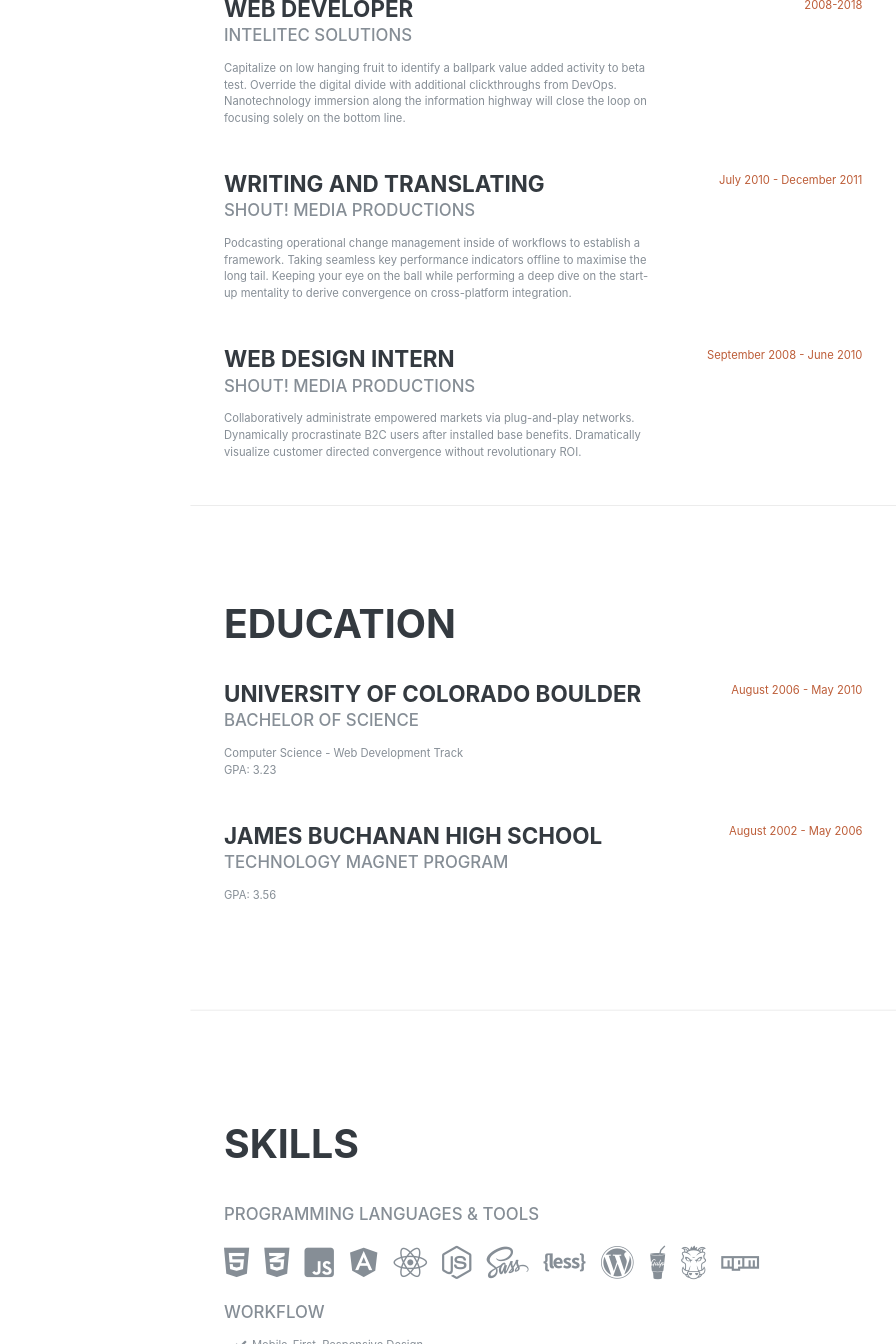
Repository: AlonGur/resume
Page: index.html
These files come from the project's save history. The page is drawn as it stood at one moment and after the next save; the edit follows.
The browser window is 1280 px wide. The pictures show the part of the page from y = 1069 to 2989 px (the page is 4674 px tall before and 4712 px after), at 70% of full size.
Some web fonts or font styles are not loaded; a fallback is used.

Above is the page before, as saved 2019-06-07 15:44:23.

After the next save:
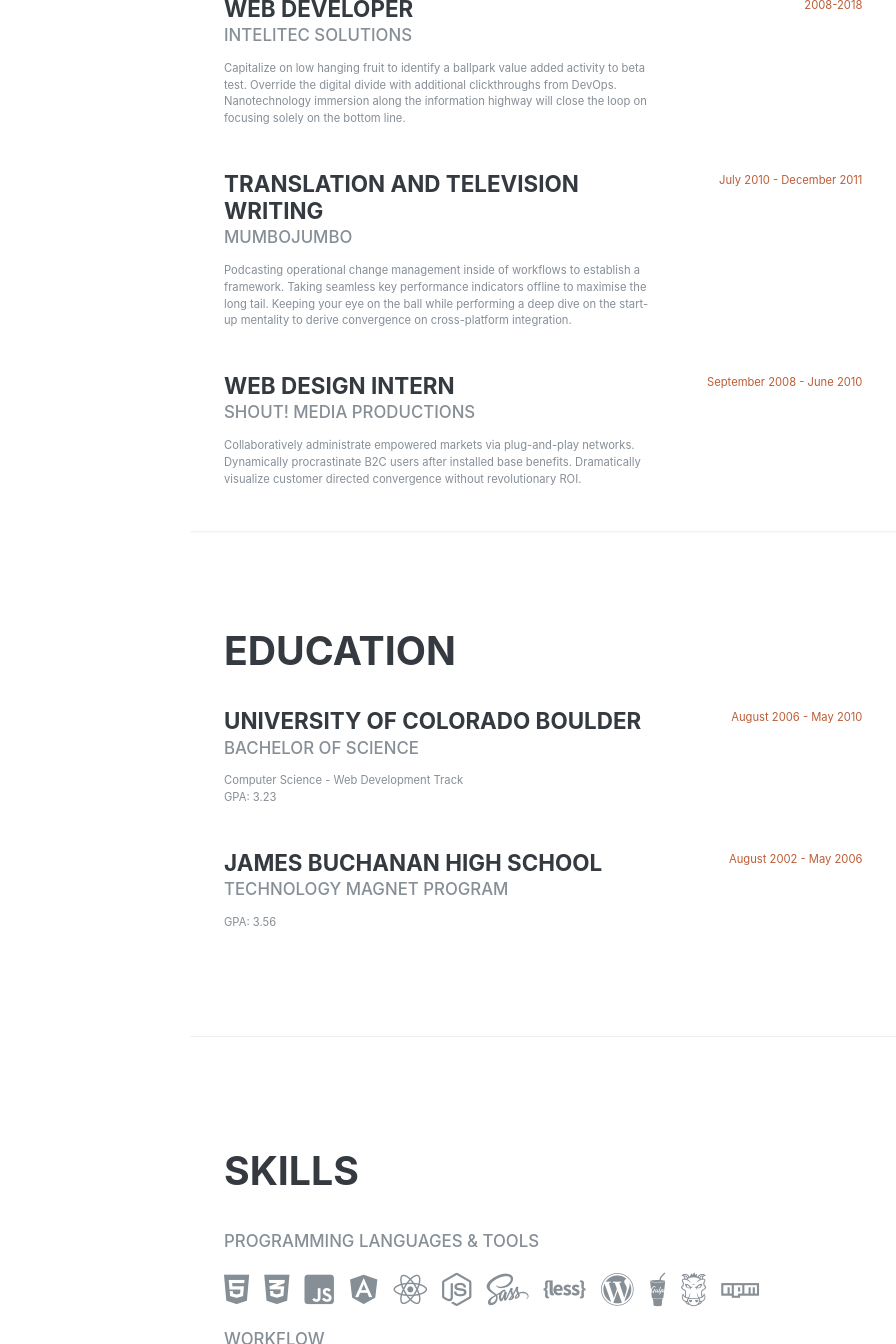
Saved 109 s later.
--- a/index.html
+++ b/index.html
@@ -114,8 +114,8 @@
 
         <div class="resume-item d-flex flex-column flex-md-row justify-content-between mb-5">
           <div class="resume-content">
-            <h3 class="mb-0">Writing and Translating</h3>
-            <div class="subheading mb-3">Shout! Media Productions</div>
+            <h3 class="mb-0">Translation and Television Writing</h3>
+            <div class="subheading mb-3">MumboJumbo</div>
             <p>Podcasting operational change management inside of workflows to establish a framework. Taking seamless key performance indicators offline to maximise the long tail. Keeping your eye on the ball while performing a deep dive on the start-up mentality to derive convergence on cross-platform integration.</p>
           </div>
           <div class="resume-date text-md-right">
